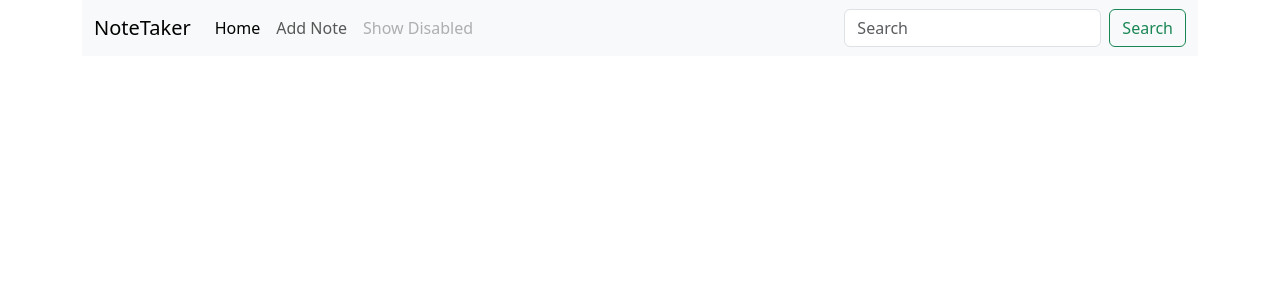
Repository: smritihbtu/Note-Maker
Page: http://localhost/NoteTaker/
These files come from the project's save history. The page is drawn as it stood at one moment and after the next save; the edit follows.
The browser window is 1280 px wide. The pictures show the whole page.
The page is served by Tomcat 9.

Above is the page before, as saved 2023-08-19 14:51:02.

After the next save:
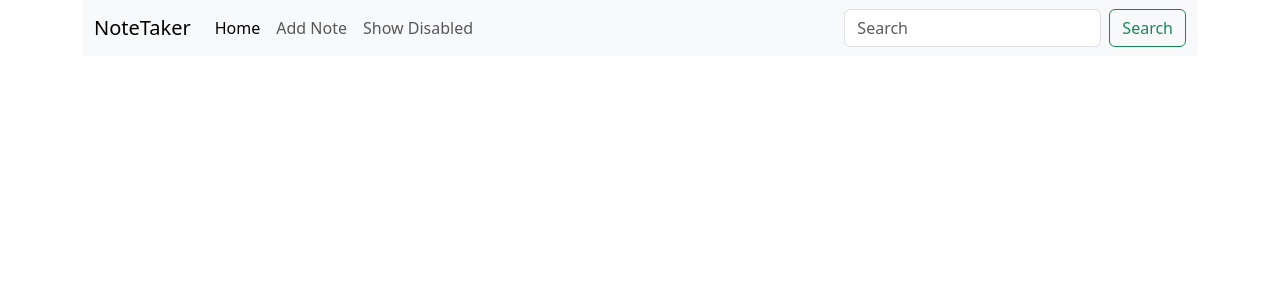
Saved 46 s later.
--- a/NoteTaker/src/main/webapp/navbar.jsp
+++ b/NoteTaker/src/main/webapp/navbar.jsp
@@ -24,7 +24,7 @@
           </ul>
         </li> -->
         <li class="nav-item">
-          <a class="nav-link disabled" aria-disabled="true">Show Disabled</a>
+          <a class="nav-link enabled" aria-disabled="true">Show Disabled</a>
         </li>
       </ul>
       <form class="d-flex" role="search">
